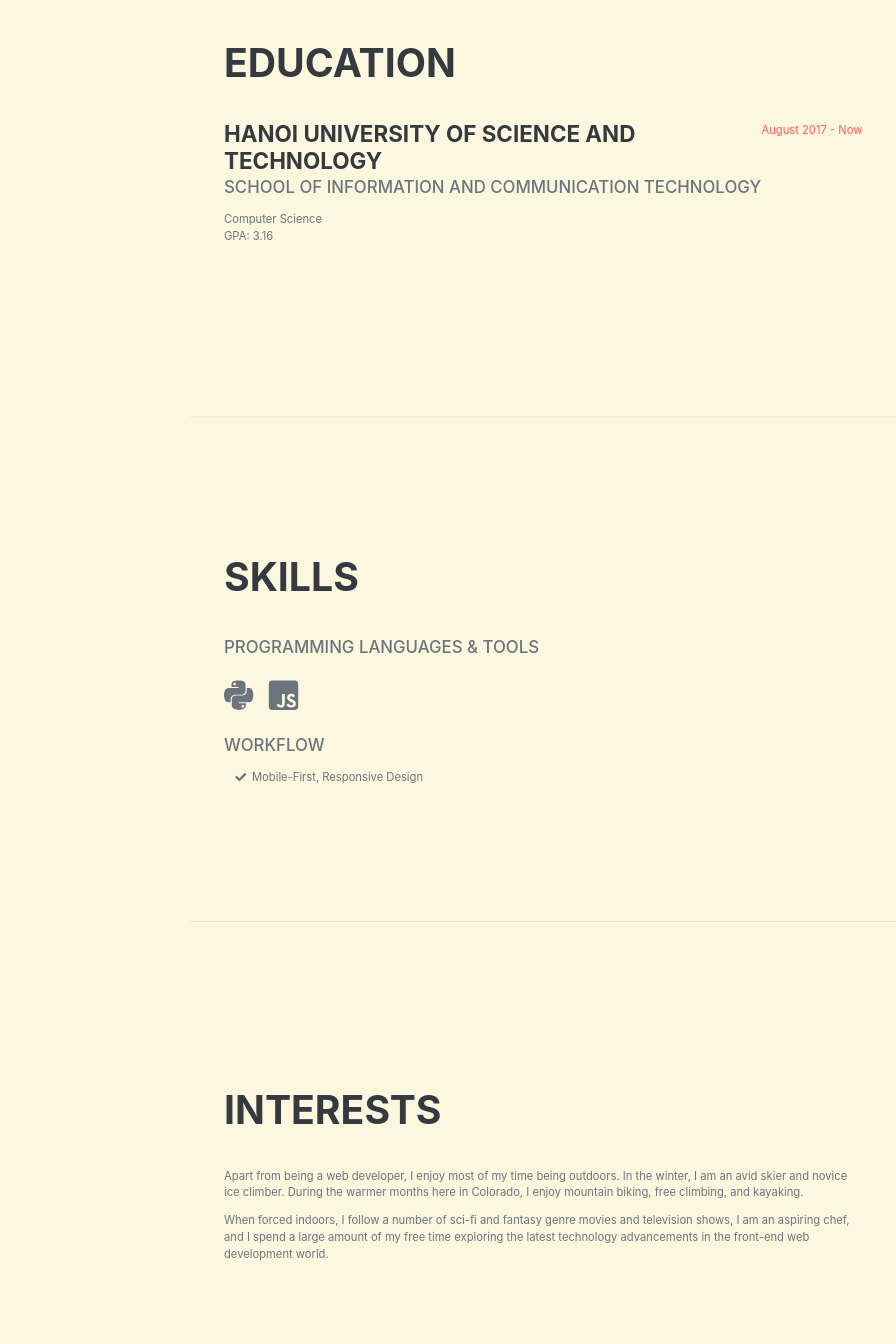
Repository: nguyenlcc/Online-CV
Page: index.html
An editor plug-in stored every save of this project. The page is shown before and after the next save, followed by the edit.
The browser window is 1280 px wide. The pictures show the part of the page from y = 1873 to 3793 px (the page is 4631 px tall), at 70% of full size.
Some web fonts or font styles are not loaded; a fallback is used. Some web libraries are served in a nearby version.

Above is the page before, as saved 2022-05-23 01:20:37.

### index.html
<!DOCTYPE html>
<html lang="en">
  <head>
    <meta charset="utf-8" />
    <meta
      name="viewport"
      content="width=device-width, initial-scale=1, shrink-to-fit=no"
    />
    <meta name="description" content="" />
    <meta name="author" content="" />
    <title>Le Cong Nguyen</title>
    <link rel="icon" type="image/x-icon" href="assets/img/favicon.ico" />
    <!-- Font Awesome icons (free version)-->
    <script
      src="https://use.fontawesome.com/releases/v5.13.0/js/all.js"
      crossorigin="anonymous"
    ></script>
    <!-- Google fonts-->
    <link
      href="https://fonts.googleapis.com/css?family=Saira+Extra+Condensed:500,700"
      rel="stylesheet"
      type="text/css"
    />
    <link
      href="https://fonts.googleapis.com/css?family=Muli:400,400i,800,800i"
      rel="stylesheet"
      type="text/css"
    />
    <!-- Core theme CSS (includes Bootstrap)-->
    <link href="css/styles.css" rel="stylesheet" />
  </head>
  <body id="page-top">
    <!-- Navigation-->
    <nav
      class="navbar navbar-expand-lg navbar-dark bg-primary fixed-top"
      id="sideNav"
    >
      <a class="navbar-brand js-scroll-trigger" href="#page-top">
        <span class="d-block d-lg-none">LE CONG NGUYEN</span>
        <span class="d-none d-lg-block"
          ><img
            class="img-fluid img-profile rounded-circle mx-auto mb-2"
            src="assets/img/profile.jpg"
            alt=""
        /></span>
      </a>
      <button
        class="navbar-toggler"
        type="button"
        data-toggle="collapse"
        data-target="#navbarSupportedContent"
        aria-controls="navbarSupportedContent"
        aria-expanded="false"
        aria-label="Toggle navigation"
      >
        <span class="navbar-toggler-icon"></span>
      </button>
      <div class="collapse navbar-collapse" id="navbarSupportedContent">
        <ul class="navbar-nav">
          <li class="nav-item">
            <a class="nav-link js-scroll-trigger" href="#about">About</a>
          </li>
          <li class="nav-item">
            <a class="nav-link js-scroll-trigger" href="#experience"
              >Experience</a
            >
          </li>
          <li class="nav-item">
            <a class="nav-link js-scroll-trigger" href="#education"
              >Education</a
            >
          </li>
          <li class="nav-item">
            <a class="nav-link js-scroll-trigger" href="#skills">Skills</a>
          </li>
          <li class="nav-item">
            <a class="nav-link js-scroll-trigger" href="#interests"
              >Interests</a
            >
          </li>
          <li class="nav-item">
            <a class="nav-link js-scroll-trigger" href="#awards">Awards</a>
          </li>
        </ul>
      </div>
    </nav>
    <!-- Page Content-->
    <div class="container-fluid p-0">
      <!-- About-->
      <section class="resume-section" id="about">
        <div class="resume-section-content">
          <h1 class="mb-0">
            LE CONG
            <span class="text-primary">NGUYEN</span>
          </h1>
          <div class="subheading mb-5">
            <i class="fas fa-address-card"></i>
            THINH LIET, HOANG MAI, HA NOI · 0904532091 ·
            <a href="mailto:name@email.com">nguyen.lc41@gmail.com</a>
          </div>
          <p class="lead mb-5">
            I am experienced in leveraging agile frameworks to provide a robust
            synopsis for high level overviews. Iterative approaches to corporate
            strategy foster collaborative thinking to further the overall value
            proposition.
          </p>
          <div class="social-icons">
            <a class="social-icon" href="https://www.linkedin.com/in/nguy%C3%AAn-l%C3%AA-c%C3%B4ng-0b1731233/"
              ><i class="fab fa-linkedin-in"></i
            ></a>
            <a class="social-icon" href="https://github.com/nguyenlecong"><i class="fab fa-github"></i></a>
            <a class="social-icon" href="https://twitter.com/vi3ix_"><i class="fab fa-twitter"></i></a>
            <a class="social-icon" href="https://www.facebook.com/nguyenlc5139/"
              ><i class="fab fa-facebook-f"></i
            ></a>
          </div>
        </div>
      </section>
      <hr class="m-0" />
      <!-- Experience-->
      <section class="resume-section" id="experience">
        <div class="resume-section-content">
          <h2 class="mb-5">Experience</h2>
          <div
            class="d-flex flex-column flex-md-row justify-content-between mb-5"
          >
            <div class="flex-grow-1">
              <h3 class="mb-0">Computer Vision Intern</h3>
              <div class="subheading mb-3">Arrow Technologies Vietnam</div>
              <p>
                Bring to the table win-win survival strategies to ensure
                proactive domination. At the end of the day, going forward, a
                new normal that has evolved from generation X is on the runway
                heading towards a streamlined cloud solution. User generated
                content in real-time will have multiple touchpoints for
                offshoring.
              </p>
            </div>
            <div class="flex-shrink-0">
              <span class="text-primary">September 2020 - December 2020</span>
            </div>
          </div>
          <div
            class="d-flex flex-column flex-md-row justify-content-between mb-5"
          >
            <div class="flex-grow-1">
              <h3 class="mb-0">AI Engineer Intern</h3>
              <div class="subheading mb-3">IBM Vietnam</div>
              <p>
                Capitalize on low hanging fruit to identify a ballpark value
                added activity to beta test. Override the digital divide with
                additional clickthroughs from DevOps. Nanotechnology immersion
                along the information highway will close the loop on focusing
                solely on the bottom line.
              </p>
            </div>
            <div class="flex-shrink-0">
              <span class="text-primary">June 2021 - September 2021</span>
            </div>
          </div>
          <div
            class="d-flex flex-column flex-md-row justify-content-between mb-5"
          >
            <div class="flex-grow-1">
              <h3 class="mb-0">Computer Vision Collaborator</h3>
              <div class="subheading mb-3">ThinkLABs JSC</div>
              <p>
                Podcasting operational change management inside of workflows to
                establish a framework. Taking seamless key performance
                indicators offline to maximise the long tail. Keeping your eye
                on the ball while performing a deep dive on the start-up
                mentality to derive convergence on cross-platform integration.
              </p>
            </div>
            <div class="flex-shrink-0">
              <span class="text-primary">December 2021 - June 2022</span>
            </div>
          </div>
        </div>
      </section>
      <hr class="m-0" />
      <!-- Education-->
      <section class="resume-section" id="education">
        <div class="resume-section-content">
          <h2 class="mb-5">Education</h2>
          <div
            class="d-flex flex-column flex-md-row justify-content-between mb-5"
          >
            <div class="flex-grow-1">
              <h3 class="mb-0">HANOI UNIVERSITY OF SCIENCE AND TECHNOLOGY</h3>
              <div class="subheading mb-3">
                SCHOOL OF INFORMATION AND COMMUNICATION TECHNOLOGY
              </div>
              <div>Computer Science</div>
              <p>GPA: 3.16</p>
            </div>
            <div class="flex-shrink-0">
              <span class="text-primary">August 2017 - Now</span>
            </div>
          </div>
          <!-- <div class="d-flex flex-column flex-md-row justify-content-between">
            <div class="flex-grow-1">
              <h3 class="mb-0">James Buchanan High School</h3>
              <div class="subheading mb-3">Technology Magnet Program</div>
              <p>GPA: 3.56</p>
            </div>
            <div class="flex-shrink-0">
              <span class="text-primary">August 2002 - May 2006</span>
            </div> -->
          </div>
        </div>
      </section>
      <hr class="m-0" />
      <!-- Skills-->
      <section class="resume-section" id="skills">
        <div class="resume-section-content">
          <h2 class="mb-5">Skills</h2>
          <div class="subheading mb-3">Programming Languages & Tools</div>
          <ul class="list-inline dev-icons">
            <li class="list-inline-item"><i class="fab fa-python"></i></li>
            <li class="list-inline-item"><i class="fab fa-js-square"></i></li>
          </ul>
          <div class="subheading mb-3">Workflow</div>
          <ul class="fa-ul mb-0">
            <li>
              <span class="fa-li"><i class="fas fa-check"></i></span>
              Mobile-First, Responsive Design
            </li>
          </ul>
        </div>
      </section>
      <hr class="m-0" />
      <!-- Interests-->
      <section class="resume-section" id="interests">
        <div class="resume-section-content">
          <h2 class="mb-5">Interests</h2>
          <p>
            Apart from being a web developer, I enjoy most of my time being
            outdoors. In the winter, I am an avid skier and novice ice climber.
            During the warmer months here in Colorado, I enjoy mountain biking,
            free climbing, and kayaking.
          </p>
          <p class="mb-0">
            When forced indoors, I follow a number of sci-fi and fantasy genre
            movies and television shows, I am an aspiring chef, and I spend a
            large amount of my free time exploring the latest technology
            advancements in the front-end web development world.
          </p>
        </div>
      </section>
      <hr class="m-0" />
      <!-- Awards-->
      <section class="resume-section" id="awards">
        <div class="resume-section-content">
          <h2 class="mb-5">Awards & Certifications</h2>
          <ul class="fa-ul mb-0">
            <li>
              <span class="fa-li"
                ><i class="fas fa-trophy text-warning"></i
              ></span>
              Silver Medal for Excellence in Mathematics on Casio Calculator in 12th Grade
            </li>
            <li>
              <span class="fa-li"
                ><i class="fas fa-trophy text-warning"></i
              ></span>
              Consolation Prize in the Provincial Examination for Excellent Students in Mathematics in 12th Grade
            </li>
            <li>
              <span class="fa-li"
                ><i class="fas fa-trophy text-warning"></i
              ></span>
              Level B of Scholarships for the Term 2 of the School Year 2020-2021, Hanoi University of Science and Technology
            </li>
            <li>
              <span class="fa-li"
                ><i class="fas fa-trophy text-warning"></i
              ></span>
              Level A of Scholarships for the Term 1 of the School Year 2021-2022, Hanoi University of Science and Technology
            </li>
          </ul>
        </div>
      </section>
    </div>
    <!-- Bootstrap core JS-->
    <script src="https://cdnjs.cloudflare.com/ajax/libs/jquery/3.5.1/jquery.min.js"></script>
    <script src="https://stackpath.bootstrapcdn.com/bootstrap/4.5.0/js/bootstrap.bundle.min.js"></script>
    <!-- Third party plugin JS-->
    <script src="https://cdnjs.cloudflare.com/ajax/libs/jquery-easing/1.4.1/jquery.easing.min.js"></script>
    <!-- Core theme JS-->
    <script src="js/scripts.js"></script>
  </body>
</html>

### js/scripts.js
/*!
    * Start Bootstrap - Resume v6.0.1 (https://startbootstrap.com/template-overviews/resume)
    * Copyright 2013-2020 Start Bootstrap
    * Licensed under MIT (https://github.com/StartBootstrap/startbootstrap-resume/blob/master/LICENSE)
    */
    (function ($) {
    "use strict"; // Start of use strict

    // Smooth scrolling using jQuery easing
    $('a.js-scroll-trigger[href*="#"]:not([href="#"])').click(function () {
        if (
            location.pathname.replace(/^\//, "") ==
                this.pathname.replace(/^\//, "") &&
            location.hostname == this.hostname
        ) {
            var target = $(this.hash);
            target = target.length
                ? target
                : $("[name=" + this.hash.slice(1) + "]");
            if (target.length) {
                $("html, body").animate(
                    {
                        scrollTop: target.offset().top,
                    },
                    1000,
                    "easeInOutExpo"
                );
                return false;
            }
        }
    });

    // Closes responsive menu when a scroll trigger link is clicked
    $(".js-scroll-trigger").click(function () {
        $(".navbar-collapse").collapse("hide");
    });

    // Activate scrollspy to add active class to navbar items on scroll
    $("body").scrollspy({
        target: "#sideNav",
    });
})(jQuery); // End of use strict

Loaded but not shown: css/styles.css (library)

After the next save:
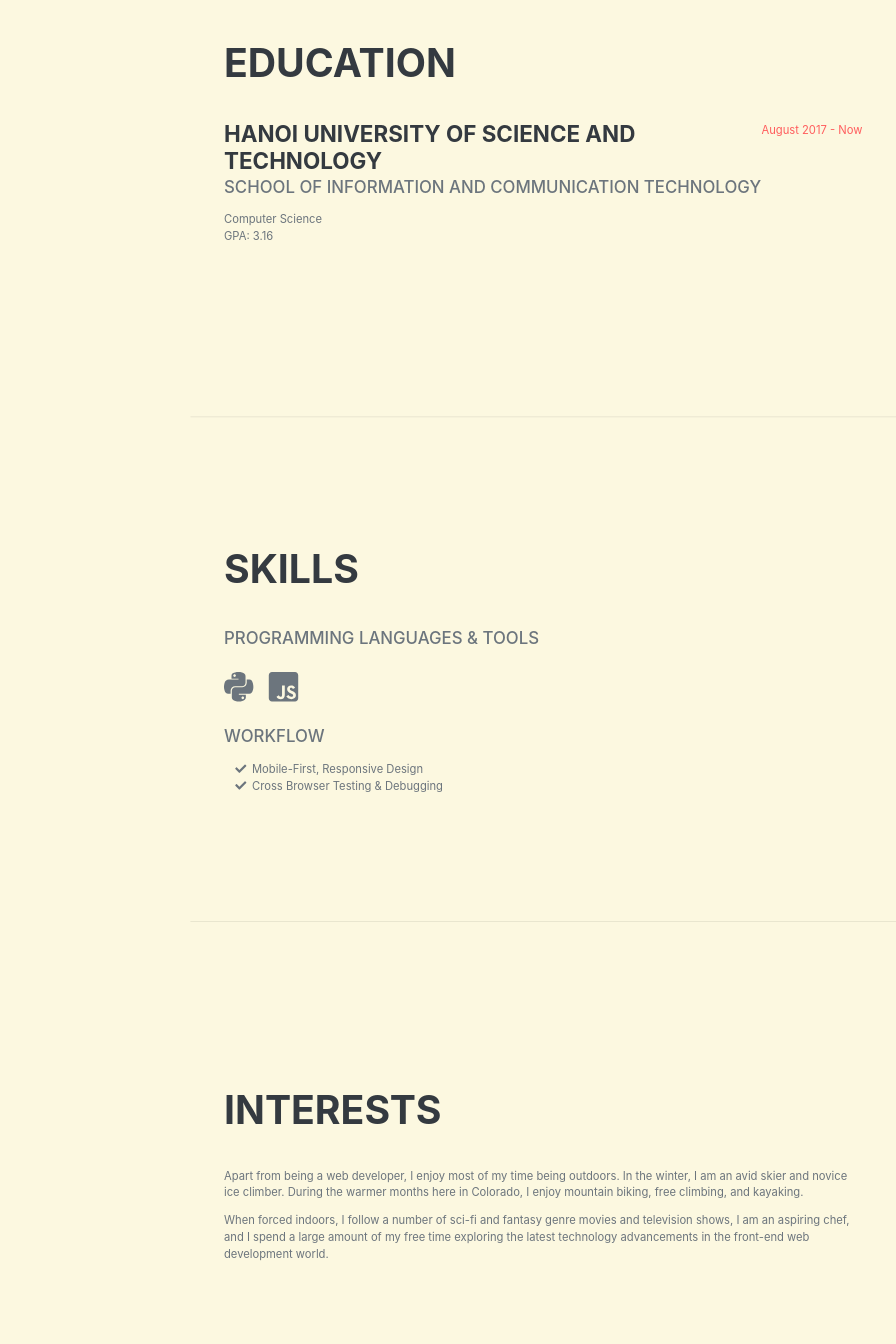
Saved 14 s later.
--- a/index.html
+++ b/index.html
@@ -226,6 +226,10 @@
               <span class="fa-li"><i class="fas fa-check"></i></span>
               Mobile-First, Responsive Design
             </li>
+            <li>
+              <span class="fa-li"><i class="fas fa-check"></i></span>
+              Cross Browser Testing & Debugging
+            </li>
           </ul>
         </div>
       </section>
